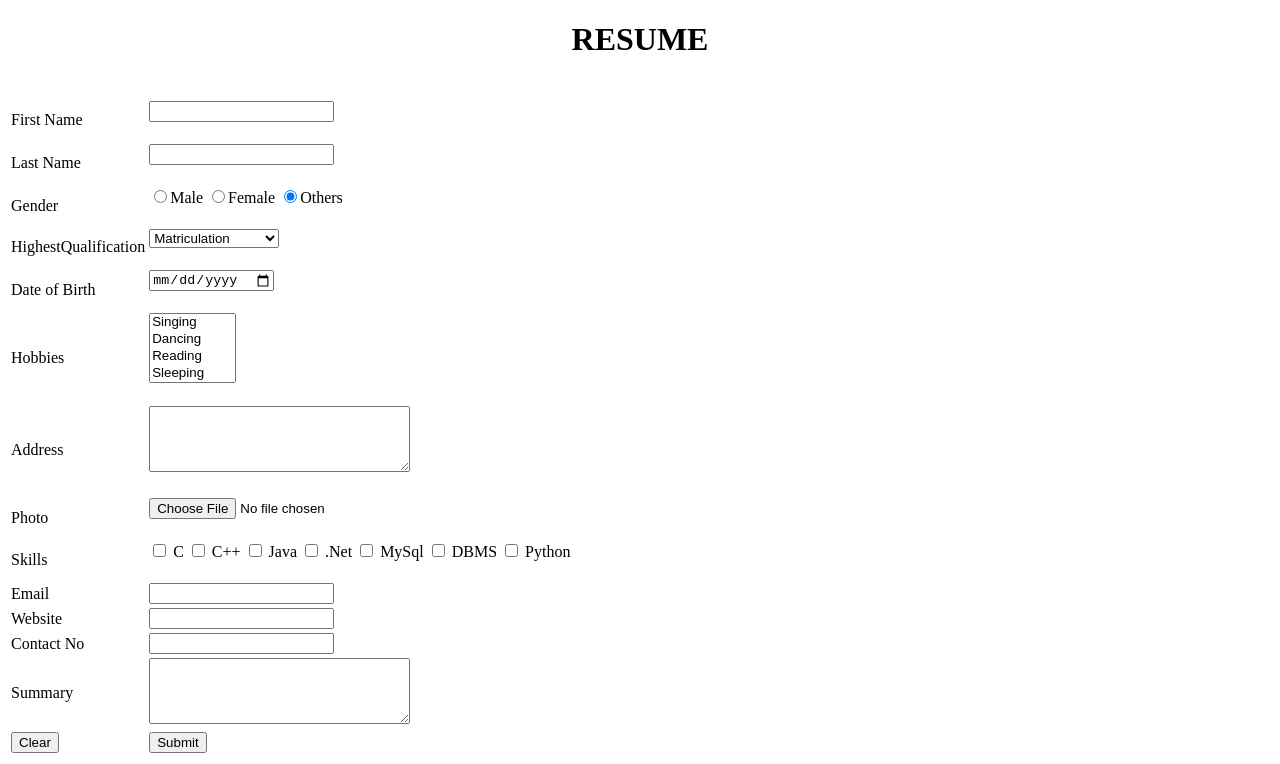
Repository: Rccalfa123/JEE
Page: MyFirstServlet/WebContent/Resume.html
These files come from the project's save history. The page is drawn as it stood at one moment and after the next save; the edit follows.
The browser window is 1280 px wide. The pictures show the whole page.

Above is the page before, as saved 2018-08-07 08:57:52.

After the next save:
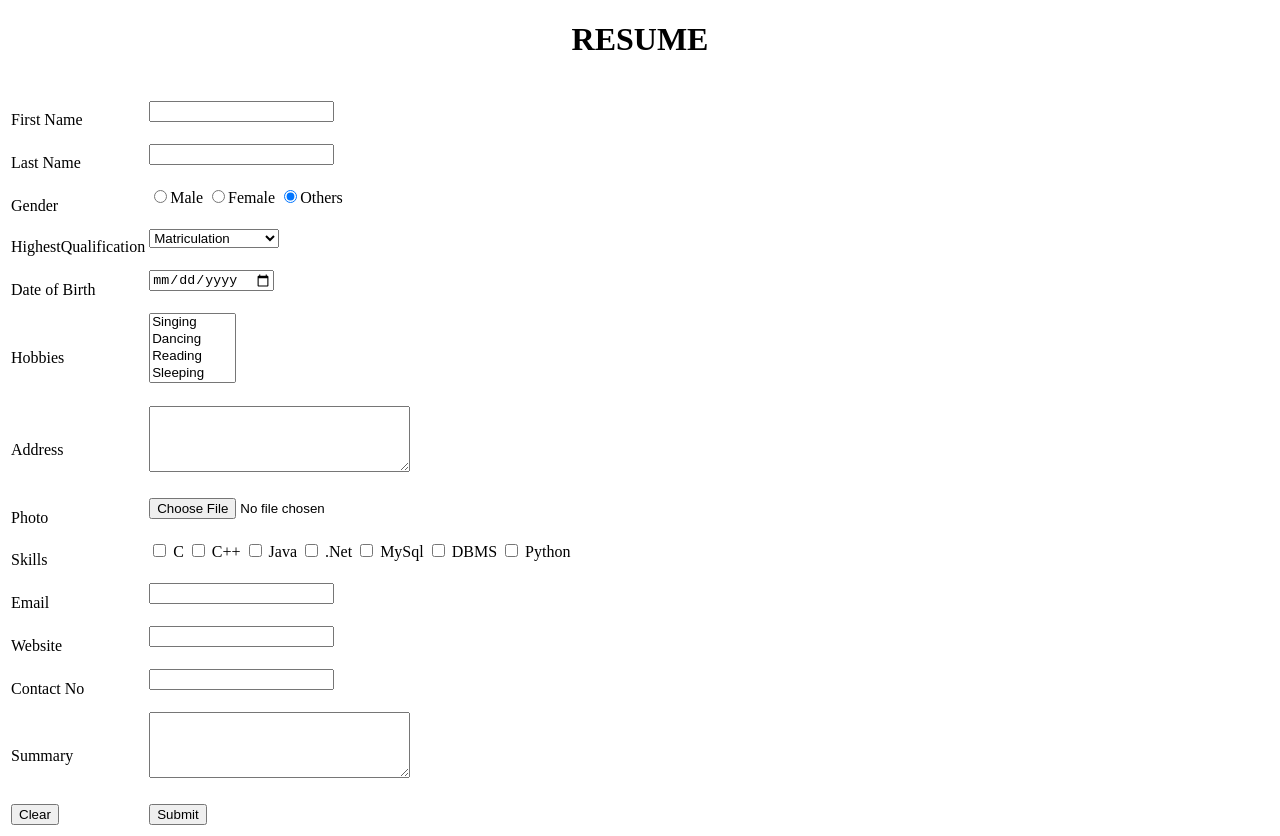
Saved 34 s later.
--- a/MyFirstServlet/WebContent/Resume.html
+++ b/MyFirstServlet/WebContent/Resume.html
@@ -47,13 +47,13 @@
    			 <input type="checkbox" name="skills" value="dbms"> DBMS
    			 <input type="checkbox" name="skills" value="python"> Python<br><br></td></tr>
 
-  <tr><td>Email</td> <td>   <input type="email"  name="email"> <br></td></tr>
+  <tr><td>Email</td> <td>   <input type="email"  name="email"> <br><br></td></tr>
 
-  <tr><td>Website</td> <td> <input type="url" name="website"><br></td></tr>
+  <tr><td>Website</td> <td> <input type="url" name="website"><br><br></td></tr>
 
-  <tr><td>Contact No</td> <td><input type="text" name="contact_no"> <br></td></tr>
+  <tr><td>Contact No</td> <td><input type="text" name="contact_no"> <br><br></td></tr>
 
-  <tr><td>Summary </td><td> <textarea name="summary"   rows="4" cols="30"></textarea><br></td></tr>
+  <tr><td>Summary </td><td> <textarea name="summary"   rows="4" cols="30"></textarea><br><br></td></tr>
 
   <tr> <td><input type="reset" value="Clear"></td><td> <input type="submit" value="Submit"> </td></tr>
   </table>
